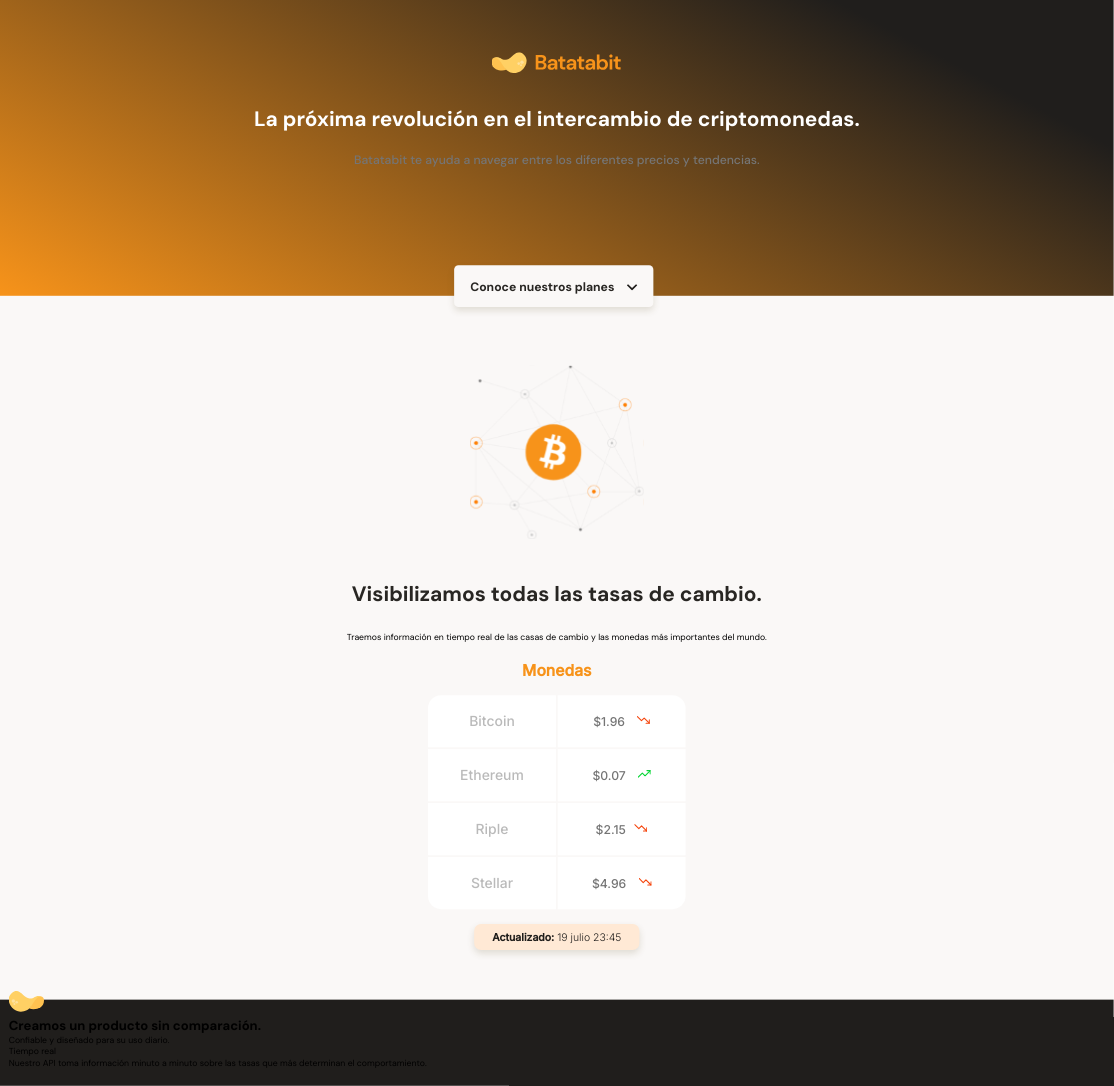
Repository: elto82/mobileFirst
Page: index.html
The author's editor kept a copy of each file at every save. The page is drawn from the files as they stood at one save, then again after the next save.
The browser window is 1280 px wide. The pictures show the whole page, at 87% of full size.
Some web fonts or font styles are not loaded; a fallback is used.

Above is the page before, as saved 2022-06-08 17:46:58.

### index.html
<!DOCTYPE html>
<html lang="en">
  <head>
    <meta charset="UTF-8" />
    <meta http-equiv="X-UA-Compatible" content="IE=edge" />
    <meta name="viewport" content="width=device-width, initial-scale=1.0" />
    <link rel="preconnect" href="https://fonts.googleapis.com" />
    <link rel="preconnect" href="https://fonts.gstatic.com" crossorigin />
    <link
      href="https://fonts.googleapis.com/css2?family=DM+Sans:wght@400;500;700&family=Inter:wght@300;500&family=Poppins:ital,wght@0,300;1,400;1,600&family=Quicksand:wght@300;500;700&family=Roboto:wght@400;700&family=Rubik+Beastly&display=swap"
      rel="stylesheet"
    />
    <link rel="stylesheet" href="./style.css">
    <title>Document</title>
  </head>
  <body>
    <header>
        <img src="./assets/img/logo.svg" alt="">
        <div class="header-title-container">
            <h1>La próxima revolución en el intercambio de criptomonedas.</h1>
            <p>Batatabit te ayuda a navegar entre los diferentes precios y tendencias.  </p>
            <a href="" class="header-button">Conoce nuestros planes <span></span></a>
        </div>
    </header>
    <main>
      <section class="main-exchange-container">
          <div class="backgroundImg"></div>
          <div class="main-exchange-conintainer--title">
            <h2>Visibilizamos todas las tasas de cambio.</h2>
            <p>Traemos información en tiempo real de las casas de cambio y las monedas más importantes del mundo.</p>
          </div>
          <section class="main-tables-container">
              <div class="main-currency-table">
                <p class="currency-table--title">Monedas</p>
                <div class="currency-table--container">
                  <table>
                    <tr>
                      <td class="table__top-left">Bitcoin</td>
                      <td class="table__top-right table__right" >$1.96 <span class="down"></span></td>
                    </tr>
                    <tr>
                      <td>Ethereum</td>
                      <td class="table__right">$0.07 <span class="up"></span></td>
                    </tr>
                    <tr>
                      <td>Riple</td>
                      <td class="table__right">$2.15<span class="down"></span></td>
                    </tr>
                    <tr>
                      <td class="table__bottom-left">Stellar</td>
                      <td class="table__botton-right table__right">$4.96 <span class="down"></span></td>
                    </tr>
                  </table>
                </div>
                <div class="currency-table--date">
                  <p><b> Actualizado:</b> 19 julio 23:45</p>
                </div>
              </div>
          </section>
      </section>

      <section class="main-product-detail">
        <span class="product-detail--batata-logo"></span>
        <div class="product-detail--title">
          <h2>Creamos un producto sin comparación.</h2>
          <p>Confiable y diseñado para su uso diario.</p>
        </div>
        <section class="product-cards--container">
          <article class="product-detail--card">
            <span class="clock"></span>
            <p class="product--card-title">Tiempo real</p>
            <p class="product--card-body">Nuestro API toma información minuto a minuto sobre las tasas que más determinan el comportamiento.</p>
          </article>
        </section>

      </section>
      <section></section>
      <section></section>
    </main>
    <footer></footer>
  </body>
</html>

### style.css
/*
1. Posicionamiento
2. Modelo de caja (box model)
3. Tipografia
4.Visuales
5. Otros
*/
:root{
    /* colores */
    --bitcoin-orange:#f7931a;
    --soft-orange: #ffe9d5;
    --secondary-blue:#1a9af7;
    --soft-blue: #e7f5ff;
    --warm-black: #201e1c;
    --black:#282623;
    --grey:#bababa;
    --off-white:#faf8f7;
    --just-white:#fff;

}
*{
    box-sizing: border-box;
    margin: 0;
    padding: 0;
}
html{
    font-size: 62.5%;
    font-family: 'DM Sans', sans-serif;;
}
header{
    position: relative;
    display: flex;
    flex-direction: column;
    justify-content: center;
    width: 100%;
    min-width: 32rem;
    height: 34rem;
    text-align: center;
    background: linear-gradient(207.8deg, #201e1c 16.69%, #f7931a 100%);
}
header img{
    width: 15rem;
    height: 2.4rem;
    margin-top: 6rem;
    align-self: center;
}
.header-title-container{
    width: 90%;
    min-width: 28.8rem;
    max-width: 90rem;
    height: 21.8rem;
    margin-top: 4rem;
    text-align: center;
    align-self: center;
}
.header-title-container h1{
    font-size: 2.4rem;
    font-weight: bold;
    line-height: 2.6rem;
    color: var(--just-white);
}
.header-title-container p{
    margin-top: 2.5rem;
    font-size: 1.4rem;
    font-weight: 500;
    line-height: 1.8rem;
    color: var(--soft-orange);
}
.header-title-container .header-button{
    position: absolute;
    left: calc(50% - 11.8rem);
    top: 27rem;
    display: block;
    margin-top: 3.5rem;
    padding: 1.5rem;
    width: 22.9rem;
    height: 4.8rem;
    background-color: var(--off-white);
    box-shadow: 0px 4px 8px rgba(89, 73, 30, 0.16);
    border: none;
    border-radius: 0.5rem;
    font-size: 1.4rem;
    font-weight: bold;
    text-decoration: none;
    color: var(--black);
}
.header-button span{
    display: inline-block;
    width: 1.3rem;
    height: 0.8rem;
    margin-left: 1rem;
    background-image: url('./assets/icons/down-arrow.svg');
}
main{
    width: 100%;
    height: auto;
    background-color: var(--off-white);
}
.main-exchange-container{
    width: 100%;
    height: auto;
    padding-top: 8rem;
    padding-bottom: 3rem;
    text-align: center;
}
.main-exchange-conintainer--title{
    width: 90%;
    min-width: 28.8rem;
    max-width: 90rem;
    margin: 0 auto;
}
.main-exchange-container .backgroundImg{
    width: 20rem;
    height: 20rem;
    margin: 0 auto;
    margin-bottom: 5rem;
    background-image: url('./assets/img/Bitcoin.svg');
    background-size: cover;
    background-position: center;
    background-repeat: no-repeat;
}
.main-exchange-container h2{
    margin-bottom: 3rem;
    font-size: 2.4rem;
    font-weight: bold;
    line-height: 2.6rem;
    color: var(--black);
}
.header-title-container p{
    margin-bottom: 3rem;
    font-size: 1.4rem;
    font-weight: 500;
    line-height: 1.6rem;
    color: #757575;
}
.main-currency-table{
    width: 70%;
    min-width: 23.5rem;
    max-width: 50re;
    height: 36rem;
    margin: 0 auto;
    font-family: 'Inter', 'sans-serif';
}
.main-currency-table .currency-table--title{
    margin-top: 2rem;
    margin-bottom: 1.5rem;
    font-size: 1.8rem;
    font-weight: bold;
    line-height: 2.3rem;
    color: var(--bitcoin-orange);
}
.currency-table--container{
    width: 90%;
    min-width: 23rem;
    max-width: 30rem;
    height: 25rem;
    margin: 0 auto;
}
.currency-table--container table{
    width: 100%;
    height: 100%;
}
.currency-table--container td{
    width: 50%;
    font-size: 1.6rem;
    font-weight: 500;
    line-height: 1.9rem;
    color: var(--grey);
    background-color: var(--just-white);
}
.currency-table--container .table__top-left{
    border-radius: 1.5rem 0 0 0;
}
.currency-table--container .table__top-right{
    border-radius: 0 1.5rem 0 0;
}
.currency-table--container .table__bottom-left{
    border-radius: 0 0 0 1.5rem;
}
.currency-table--container .table__botton-right{
    border-radius: 0 0 1.5rem 0;
}
.currency-table--container .table__right{
    font-size: 1.4rem;
    font-weight: normal;
    line-height: 1.7rem;
    color: #757575;
}
.currency-table--container .down{
    display: inline-block;
    width: 1.5rem;
    height: 1.5rem;
    margin-left: 1rem;
    background-image: url('./assets/icons/trending-down.svg');
    background-size: cover;
    background-position: center;
    background-repeat: no-repeat;
}
.currency-table--container .up{
    display: inline-block;
    width: 1.5rem;
    height: 1.5rem;
    margin-left: 1rem;
    background-image: url('./assets/icons/trending-up.svg');
    background-size: cover;
    background-position: center;
    background-repeat: no-repeat;
}
.currency-table--date{
    width: 19rem;
    height: 3rem;
    margin: 0 auto;
    margin-top: 1.5rem;
    padding: 0.8rem;
    background-color: var(--soft-orange);
    border-radius: 0.8rem;
    box-shadow: 0px 4px 8px rgba(89, 73, 30, 0.16);
}
.currency-table--date p{
    font-weight: 300;
    font-size: 1.2rem;
    line-height: 1.5rem;
    color: var(--warm-black);
}
.main-product-detail{
    position: relative;
    width: 100%;
    min-width: 32rem;
    height: auto;
    padding: 2rem 1rem;
    background-color: var(--warm-black);
}
.product-detail--batata-logo{
    position: absolute;
    width: 4rem;
    height: 2.5rem;
    top: -1rem;
    background-image: url('./assets/icons/batata.svg');

}

After the next save:
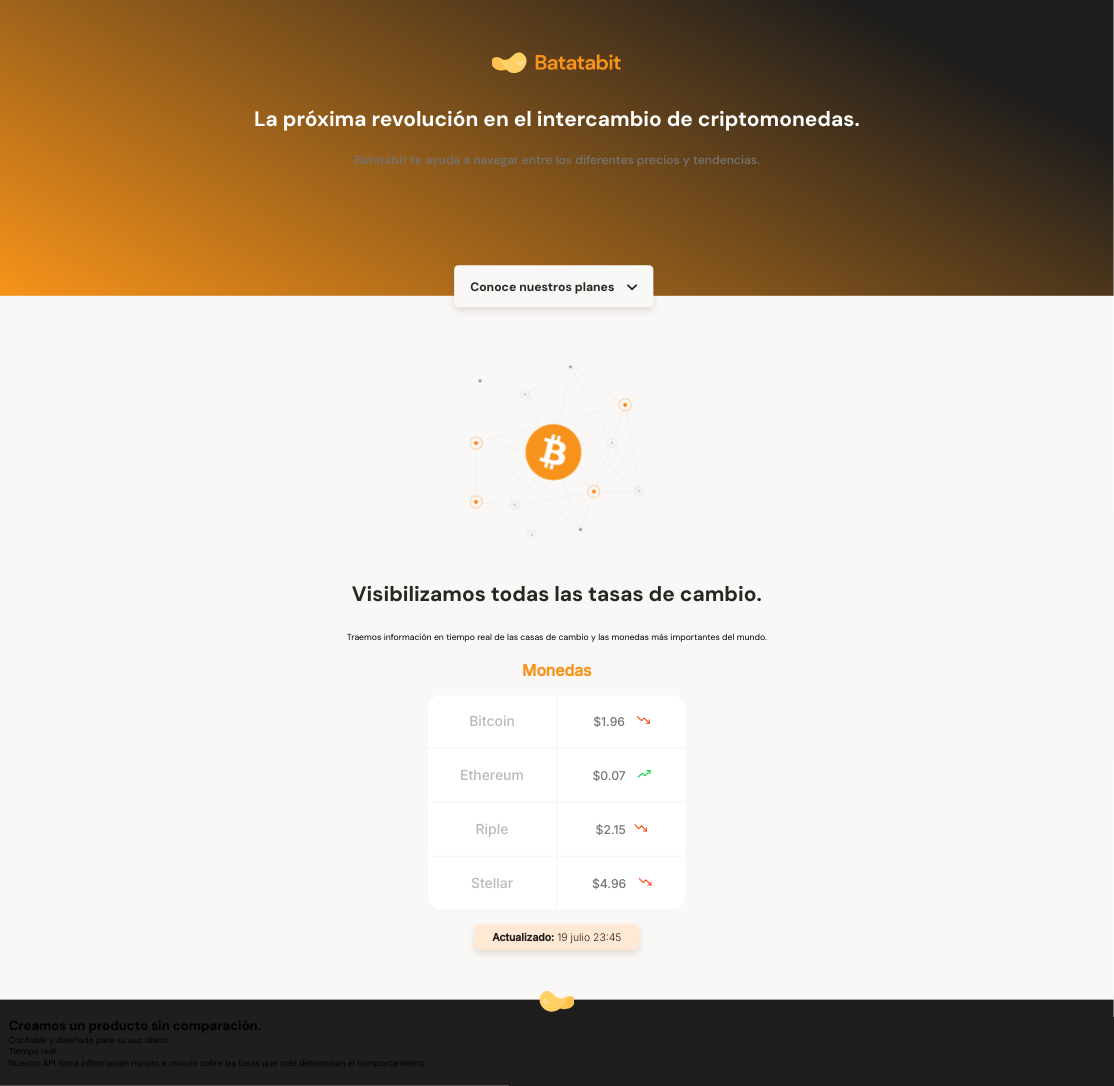
Saved 81 s later.
--- a/style.css
+++ b/style.css
@@ -235,6 +235,7 @@
     width: 4rem;
     height: 2.5rem;
     top: -1rem;
+    left: calc(50% - 2rem);
     background-image: url('./assets/icons/batata.svg');
 
 }
